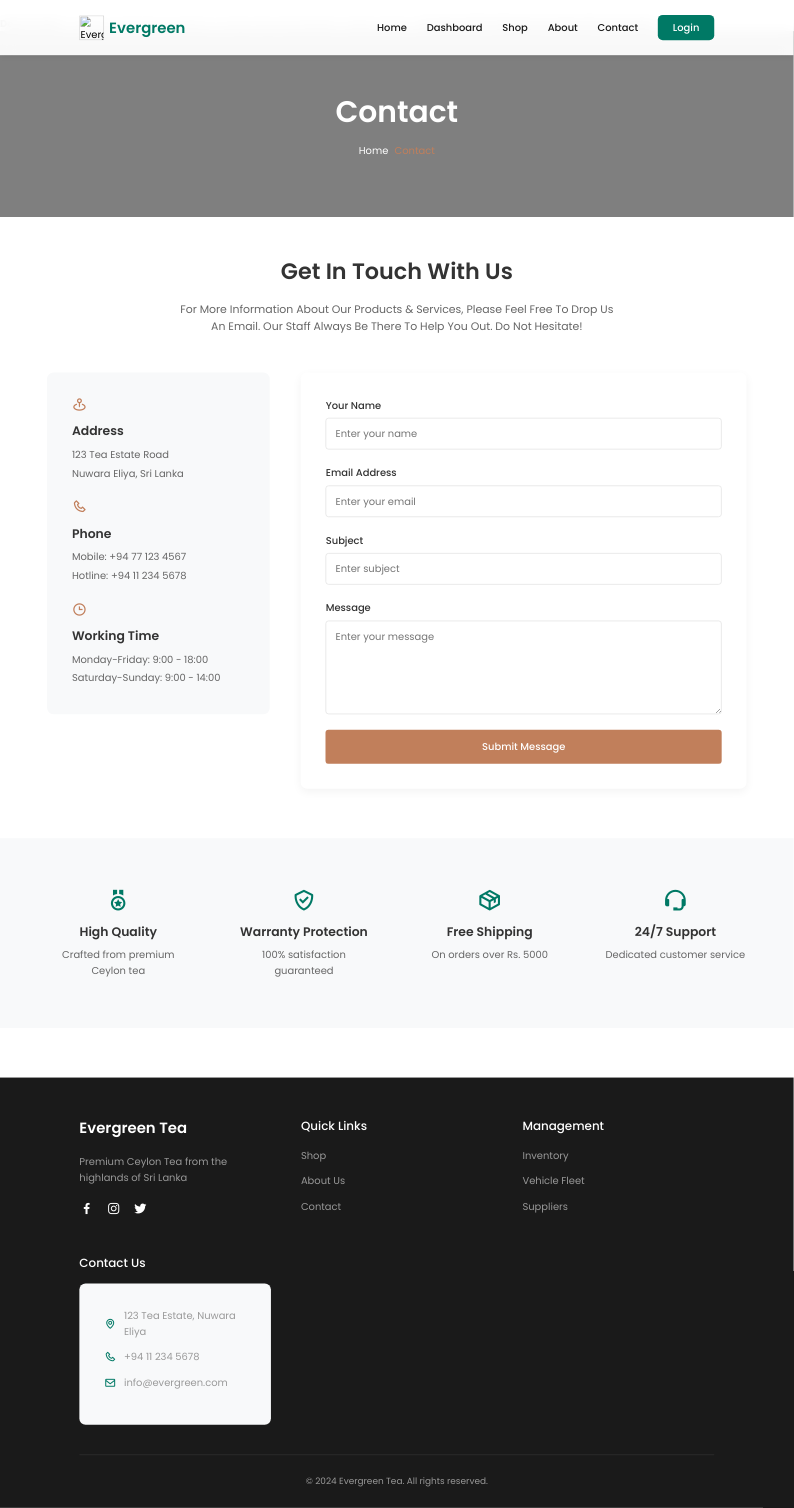
Repository: EverGreen-Group/Evergreen_Project
Page: http://localhost/Evergreen_Project/contact
The author's editor kept a copy of each file at every save. The page is drawn from the files as they stood at one save, then again after the next save.
The browser window is 1280 px wide. The pictures show the whole page, at 62% of full size.
The page is run by PHP 8.4 with error messages shown; the project is at /var/www/html/.

Above is the page before, as saved 2024-11-27 10:37:56.

### public/index.php
<?php
// Enable error reporting
ini_set('display_errors', 1);
ini_set('display_startup_errors', 1);
error_reporting(E_ALL);

// session test
//session_start(); I added one in bootloader.php

// Load the bootloader and core application files
require_once '../app/bootloader.php';

// Initialize the Core class
$init = new Core;

### app/bootloader.php
<?php
// Start session
session_start();

//load configurations
require_once 'config/config.php';

//load helpers
require_once 'helpers/url_helper.php';
require_once 'helpers/flash_helper.php';
require_once 'helpers/RoleHelper.php';
require_once 'helpers/PhotoHelper.php';

//load libraries
require_once 'libraries/Core.php';
require_once 'libraries/Controller.php';
require_once 'libraries/Database.php';

### app/config/config.php
<?php

//databasse configarations
// define('DB_HOST', '34.93.234.68');
define('DB_HOST', 'localhost');
define('DB_USER', 'root');
define('DB_PASSWORD', '');
define('DB_NAME','tfms');

// Database configurations
// define('DB_HOST', 'mysql-tfms.alwaysdata.net');
// define('DB_USER', 'tfms');
// define('DB_PASSWORD', 'tfmsgroupproject');
// define('DB_NAME','tfms_tfms');

//APPROOT
define('APPROOT',dirname(dirname(__FILE__)));

//URLROOT
define('URLROOT', 'http://localhost/Evergreen_Project');

//website
define('SITENAME', 'EverGreen');

// Add this with your other constants
define('UPLOADROOT', dirname(dirname(__DIR__)) . '/public/uploads');

// URL for web access
define('UPLOADURL', URLROOT . '/uploads');  // For web URLs

// Server filesystem paths
define('PUBLICPATH', dirname(APPROOT) . '/public');
define('UPLOADPATH', PUBLICPATH . '/uploads');  // For file operations

// Add this with your other configurations
date_default_timezone_set('Asia/Colombo');

// Add Stripe configuration
define('STRIPE_PUBLIC_KEY', 'pk_test_51PtvxYB06Hyjgz1TVSQNz1EwGC9MKH9UypKICcwp7zhqMO1Bw0Rtn8MMWUvtVCQcGzvjhwa4oM8biZRinioTwbtI00hKWmT0Ai');
define('STRIPE_SECRET_KEY', 'sk_test_51PtvxYB06Hyjgz1TLkJ3b97f9jQ3iGjhmNqR1YJNR8GSCBFT2BNozxAtr1chzAUnlO7Mrxbp1z9epTulM1eM1twg00wqE6Nhdu');

?>

### app/helpers/url_helper.php
<?php
// Helper functions for URL manipulation

// Redirect to a specific page
function redirect($page) {
    header('Location: ' . URLROOT . '/' . $page);
    exit();
}

function storePreviousUrl() {
    if (!isset($_SESSION['previous_url'])) {
        $_SESSION['previous_url'] = $_SERVER['REQUEST_URI'];
    }
}

function getPreviousUrl() {
    $previous = $_SESSION['previous_url'] ?? URLROOT;
    unset($_SESSION['previous_url']); // Clear it after use
    return $previous;
}

### app/helpers/flash_helper.php
<?php

function flash($name = '') {
    if (isset($_SESSION['flash_messages'][$name])) {
        $flash = $_SESSION['flash_messages'][$name];
        echo '<div class="' . $flash['class'] . '" id="msg-flash">' . $flash['message'] . '</div>';
        unset($_SESSION['flash_messages'][$name]);
    }
}

?>

### app/libraries/Controller.php
<?php
class Controller {

    // Method to load and instantiate a model
    public function model($model) {
        require_once '../app/models/' . $model . '.php';

        // Instantiate the model and return it
        return new $model();
    }

    // Method to load and render a view
    public function view($view, $data = []) {
        if (file_exists('../app/views/' . $view . '.php')) {
            // Make data array elements available as variables in the view
            extract($data);

            // Include the view file
            require_once '../app/views/' . $view . '.php';
        } else {
            die('The view does not exist.');
        }
    }

    protected function isLoggedIn() {
        return isset($_SESSION['user_id']);
    }

    protected function requireLogin() {
        if (!$this->isLoggedIn()) {
            header('Location: ' . URLROOT . '/auth/login');
            exit();
        }
    }

    protected function preventLoginAccess() {
        if ($this->isLoggedIn()) {
            header('Location: ' . URLROOT . '/');
            exit();
        }
    }
}

### app/models/M_Contact.php
<?php
class M_Contact {
    private $db;

    public function __construct() {
        $this->db = new Database;
    }

    // Save contact message to database
    public function saveMessage($data) {
        // Prepare query
        $this->db->query('INSERT INTO contact_messages (name, email, subject, message) VALUES (:name, :email, :subject, :message)');

        // Bind values
        $this->db->bind(':name', $data['name']);
        $this->db->bind(':email', $data['email']);
        $this->db->bind(':subject', $data['subject']);
        $this->db->bind(':message', $data['message']);

        // Execute
        if ($this->db->execute()) {
            return true;
        } else {
            return false;
        }
    }

    // Get all messages (for admin)
    public function getAllMessages() {
        $this->db->query('SELECT * FROM contact_messages ORDER BY created_at DESC');
        return $this->db->resultSet();
    }

    // Get single message by ID (for admin)
    public function getMessageById($id) {
        $this->db->query('SELECT * FROM contact_messages WHERE id = :id');
        $this->db->bind(':id', $id);
        return $this->db->single();
    }

    // Mark message as read (for admin)
    public function markAsRead($id) {
        $this->db->query('UPDATE contact_messages SET is_read = 1 WHERE id = :id');
        $this->db->bind(':id', $id);
        return $this->db->execute();
    }
}

### public/css/landing.css
/* Base Styles */
:root {
    --main: #007965;
    --light: #ffffff;
    --dark: #1a1a1a;
    --grey: #f5f5f5;
    --dark-grey: #666666;
}

* {
    margin: 0;
    padding: 0;
    box-sizing: border-box;
    font-family: 'Poppins', sans-serif;
}

/* Landing Header/Navigation Styles */
.landing-nav {
    position: fixed;
    top: 0;
    left: 0;
    right: 0;
    padding: 1.5rem 10%;
    display: flex;
    justify-content: space-between;
    align-items: center;
    background: rgba(255, 255, 255, 0.95);
    backdrop-filter: blur(10px);
    z-index: 1000;
    box-shadow: 0 2px 10px rgba(0, 0, 0, 0.1);
}

.landing-nav .logo {
    display: flex;
    align-items: center;
    gap: 0.5rem;
}

.landing-nav .logo img {
    height: 40px;
}

.landing-nav .logo span {
    font-size: 1.5rem;
    font-weight: 600;
    color: var(--dark);
}

.nav-links {
    display: flex;
    gap: 2rem;
    align-items: center;
}

.nav-links a {
    text-decoration: none;
    color: var(--dark);
    font-weight: 500;
    transition: color 0.3s ease;
}

.nav-links a:hover {
    color: var(--main);
}

.nav-links .btn-login {
    padding: 0.5rem 1.5rem;
    background: var(--main);
    color: var(--light);
    border-radius: 8px;
    transition: background 0.3s ease;
}

.nav-links .btn-login:hover {
    background: #006254;
    color: var(--light);
}

/* Hero Section */
.hero {
    height: 100vh;
    background: linear-gradient(rgba(0,0,0,0.5), rgba(0,0,0,0.5)),
                url('../img/hero-bg.jpg');
    background-size: cover;
    background-position: center;
    display: flex;
    align-items: center;
    padding: 0 10%;
    color: var(--light);
}

.hero-content {
    max-width: 600px;
}

.hero-content h1 {
    font-size: 3.5rem;
    margin-bottom: 1.5rem;
}

.btn-shop-now {
    margin-top: 1rem;
    display: inline-block;
    padding: 1rem 2rem;
    background: var(--main);
    color: var(--light);
    border-radius: 8px;
    font-weight: 500;
    transition: all 0.3s ease;
}

/* Section Header Styles */
.section-header {
    text-align: center;
    margin-bottom: 3rem;
}

.section-header h2 {
    font-size: 2.5rem;
    color: var(--dark);
    margin-bottom: 1rem;
    font-weight: 600;
}

.section-header p {
    color: var(--dark-grey);
    font-size: 1.1rem;
}

/* Categories Section */
.categories {
    padding: 6rem 10%;
    background: var(--light);
}

.category-grid {
    display: grid;
    grid-template-columns: repeat(auto-fit, minmax(300px, 1fr));
    gap: 2rem;
}

.category-card {
    position: relative;
    border-radius: 15px;
    overflow: hidden;
    box-shadow: 0 4px 15px rgba(0, 0, 0, 0.1);
    text-decoration: none;
    transition: all 0.3s ease;
}

.category-card:hover {
    transform: translateY(-5px);
}

.category-image {
    height: 300px;
    overflow: hidden;
}

.category-image img {
    width: 100%;
    height: 100%;
    object-fit: cover;
    transition: transform 0.3s ease;
}

.category-card:hover .category-image img {
    transform: scale(1.1);
}

.category-content {
    position: absolute;
    bottom: 0;
    left: 0;
    right: 0;
    padding: 1.5rem;
    background: linear-gradient(transparent, rgba(0, 0, 0, 0.8));
    color: var(--light);
}

.category-content h3 {
    font-size: 1.5rem;
    margin-bottom: 0.5rem;
    font-weight: 600;
}

.category-content p {
    font-size: 0.9rem;
    opacity: 0.9;
    margin-bottom: 1rem;
}

.explore-link {
    display: flex;
    align-items: center;
    gap: 0.5rem;
    font-weight: 500;
    opacity: 0;
    transform: translateX(-20px);
    transition: all 0.3s ease;
}

.category-card:hover .explore-link {
    opacity: 1;
    transform: translateX(0);
}

/* Featured Products Section */
.featured-products {
    padding: 6rem 10%;
    background: var(--grey);
}

.product-grid {
    display: grid;
    grid-template-columns: repeat(auto-fit, minmax(250px, 1fr));
    gap: 2rem;
    margin-bottom: 3rem;
}

.product-card {
    background: var(--light);
    border-radius: 15px;
    overflow: hidden;
    box-shadow: 0 4px 15px rgba(0, 0, 0, 0.1);
    transition: all 0.3s ease;
}

.product-card:hover {
    transform: translateY(-5px);
}

.product-image {
    position: relative;
    height: 250px;
    overflow: hidden;
}

.product-image img {
    width: 100%;
    height: 100%;
    object-fit: cover;
}

.product-overlay {
    position: absolute;
    top: 0;
    left: 0;
    right: 0;
    bottom: 0;
    background: rgba(0, 0, 0, 0.5);
    display: flex;
    align-items: center;
    justify-content: center;
    opacity: 0;
    transition: opacity 0.3s ease;
}

.product-card:hover .product-overlay {
    opacity: 1;
}

.btn-view {
    padding: 0.8rem 1.5rem;
    background: var(--main);
    color: var(--light);
    border-radius: 25px;
    text-decoration: none;
    transform: translateY(20px);
    transition: all 0.3s ease;
}

.product-card:hover .btn-view {
    transform: translateY(0);
}

.product-content {
    padding: 1.5rem;
}

.product-content h3 {
    font-size: 1.1rem;
    color: var(--dark);
    margin-bottom: 0.5rem;
    font-weight: 500;
}

.product-weight {
    color: var(--dark-grey);
    font-size: 0.9rem;
    margin-bottom: 0.5rem;
}

.product-price {
    color: var(--main);
    font-weight: 600;
    font-size: 1.2rem;
}

.section-footer {
    text-align: center;
}

.btn-view-more {
    display: inline-flex;
    align-items: center;
    gap: 0.5rem;
    padding: 1rem 2rem;
    background: var(--main);
    color: var(--light);
    text-decoration: none;
    border-radius: 30px;
    font-weight: 500;
    transition: all 0.3s ease;
}

.btn-view-more:hover {
    background: #006254;
    transform: translateX(5px);
}

/* Management Section */
.management-section {
    padding: 5rem 10%;
    background: var(--grey);
}

.management-grid {
    display: grid;
    grid-template-columns: repeat(auto-fit, minmax(250px, 1fr));
    gap: 2rem;
    margin-top: 2rem;
}

.management-card {
    background: var(--light);
    padding: 2rem;
    border-radius: 15px;
    text-align: center;
    transition: all 0.3s ease;
    text-decoration: none;
    color: var(--dark);
}

.management-card:hover {
    transform: translateY(-5px);
    box-shadow: 0 5px 15px rgba(0,0,0,0.1);
}

.management-card i {
    font-size: 2.5rem;
    color: var(--main);
    margin-bottom: 1rem;
}

/* Factory Story/Heritage Section */
.factory-story {
    position: relative;
    padding: 6rem 10%;
    background: linear-gradient(rgba(0, 0, 0, 0.7), rgba(0, 0, 0, 0.7)),
                url('../img/tea-plantation.jpg');
    background-size: cover;
    background-position: center;
    background-attachment: fixed;
    color: var(--light);
    text-align: center;
}

.story-content {
    max-width: 800px;
    margin: 0 auto;
    padding: 3rem;
    background: rgba(0, 0, 0, 0.5);
    border-radius: 15px;
    backdrop-filter: blur(10px);
    border: 1px solid rgba(255, 255, 255, 0.1);
}

.story-content h2 {
    font-size: 2.5rem;
    margin-bottom: 1.5rem;
    color: var(--light);
    font-weight: 600;
    position: relative;
    padding-bottom: 1rem;
}

.story-content h2::after {
    content: '';
    position: absolute;
    bottom: 0;
    left: 50%;
    transform: translateX(-50%);
    width: 80px;
    height: 3px;
    background: var(--main);
}

.story-content p {
    font-size: 1.1rem;
    line-height: 1.8;
    margin-bottom: 2rem;
    color: #f1f1f1;
}

.btn-learn-more {
    display: inline-block;
    padding: 1rem 2.5rem;
    background: transparent;
    color: var(--light);
    border: 2px solid var(--light);
    border-radius: 30px;
    font-weight: 500;
    text-decoration: none;
    transition: all 0.3s ease;
    position: relative;
    overflow: hidden;
    z-index: 1;
}

.btn-learn-more::before {
    content: '';
    position: absolute;
    top: 0;
    left: 0;
    width: 0;
    height: 100%;
    background: var(--main);
    transition: all 0.3s ease;
    z-index: -1;
}

.btn-learn-more:hover::before {
    width: 100%;
}

.btn-learn-more:hover {
    border-color: var(--main);
    transform: translateY(-3px);
}

/* Add some decorative elements */
.tea-leaf-decoration {
    position: absolute;
    width: 150px;
    opacity: 0.1;
}

.tea-leaf-left {
    left: 5%;
    top: 20%;
    transform: rotate(-30deg);
}

.tea-leaf-right {
    right: 5%;
    bottom: 20%;
    transform: rotate(30deg);
}

/* Landing Footer Styles */
.landing-footer {
    background: var(--dark);
    color: var(--light);
    padding: 4rem 10% 2rem;
}

.footer-content {
    display: grid;
    grid-template-columns: repeat(auto-fit, minmax(250px, 1fr));
    gap: 3rem;
    margin-bottom: 3rem;
}

.footer-section h3 {
    font-size: 1.5rem;
    font-weight: 600;
    margin-bottom: 1.5rem;
    color: var(--light);
}

.footer-section h4 {
    font-size: 1.2rem;
    font-weight: 500;
    margin-bottom: 1.2rem;
    color: var(--light);
}

.footer-section p {
    color: #999;
    line-height: 1.6;
    margin-bottom: 1.5rem;
}

.social-links {
    display: flex;
    gap: 1.2rem;
}

.social-links a {
    color: var(--light);
    font-size: 1.5rem;
    transition: all 0.3s ease;
}

.social-links a:hover {
    color: var(--main);
    transform: translateY(-3px);
}

.footer-section ul {
    list-style: none;
}

.footer-section ul li {
    margin-bottom: 1rem;
}

.footer-section ul li a {
    color: #999;
    text-decoration: none;
    transition: all 0.3s ease;
    display: inline-block;
}

.footer-section ul li a:hover {
    color: var(--main);
    transform: translateX(5px);
}

.contact-info li {
    display: flex;
    align-items: center;
    gap: 0.8rem;
    color: #999;
    margin-bottom: 1rem;
}

.contact-info li i {
    color: var(--main);
    font-size: 1.2rem;
}

.footer-bottom {
    padding-top: 2rem;
    border-top: 1px solid #333;
    text-align: center;
    color: #999;
    font-size: 0.9rem;
}

/* Mobile Menu Button */
.mobile-menu-btn {
    display: none;
    font-size: 1.5rem;
    cursor: pointer;
    color: var(--dark);
}

/* Responsive Design */
@media screen and (max-width: 768px) {
    .hero-content h1 {
        font-size: 2.5rem;
    }

    .category-grid,
    .management-grid {
        grid-template-columns: 1fr;
    }

    .landing-nav {
        padding: 1rem 5%;
    }

    .mobile-menu-btn {
        display: block;
    }

    .nav-links {
        position: fixed;
        top: 70px;
        left: -100%;
        right: 0;
        bottom: 0;
        background: var(--light);
        flex-direction: column;
        padding: 2rem;
        transition: left 0.3s ease;
        width: 100%;
    }

    .nav-links.active {
        left: 0;
    }

    .footer-content {
        grid-template-columns: 1fr;
        gap: 2rem;
        text-align: center;
    }

    .social-links {
        justify-content: center;
    }

    .contact-info li {
        justify-content: center;
    }

    .footer-section ul li a:hover {
        transform: none;
    }

    .factory-story {
        padding: 4rem 5%;
    }

    .story-content {
        padding: 2rem 1.5rem;
    }

    .story-content h2 {
        font-size: 2rem;
    }

    .story-content p {
        font-size: 1rem;
        line-height: 1.6;
    }

    .tea-leaf-decoration {
        width: 100px;
    }

    .categories,
    .featured-products {
        padding: 4rem 5%;
    }

    .category-grid {
        grid-template-columns: 1fr;
    }

    .product-grid {
        grid-template-columns: repeat(auto-fit, minmax(200px, 1fr));
    }
}

/* Animation Classes */
.fade-in {
    animation: fadeIn 0.5s ease forwards;
}

@keyframes fadeIn {
    from {
        opacity: 0;
        transform: translateY(20px);
    }
    to {
        opacity: 1;
        transform: translateY(0);
    }
}

/* Utility Classes */
.text-main {
    color: var(--main);
}

.bg-main {
    background: var(--main);
}

.container {
    width: 100%;
    max-width: 1200px;
    margin: 0 auto;
    padding: 0 1rem;
}

/* Animation for the section */
.story-content {
    opacity: 0;
    transform: translateY(30px);
    animation: fadeInUp 1s ease forwards;
}

@keyframes fadeInUp {
    to {
        opacity: 1;
        transform: translateY(0);
    }
}

/* Contact Page Styles */
.contact-page {
    padding-bottom: 80px;
    background-color: #fff;
}

.page-header {
    position: relative;
    height: 300px;
    background-size: cover;
    background-position: center;
    display: flex;
    align-items: center;
    justify-content: center;
    color: #fff;
    text-align: center;
    margin-bottom: 60px;
}

.page-header::before {
    content: '';
    position: absolute;
    top: 0;
    left: 0;
    right: 0;
    bottom: 0;
    background: rgba(0, 0, 0, 0.5);
}

.header-content {
    position: relative;
    z-index: 1;
}

.header-content h1 {
    font-size: 48px;
    margin-bottom: 15px;
    font-weight: 600;
}

.breadcrumb {
    display: flex;
    justify-content: center;
    gap: 10px;
    font-size: 16px;
}

.breadcrumb a {
    color: #fff;
    text-decoration: none;
    transition: color 0.3s ease;
}

.breadcrumb a:hover {
    color: #C17F5B;
}

.breadcrumb span {
    color: #C17F5B;
}

.contact-section {
    padding: 0 20px;
    max-width: 1200px;
    margin: 0 auto;
}

.section-header {
    text-align: center;
    max-width: 700px;
    margin: 0 auto 60px;
}

.section-header h2 {
    font-size: 36px;
    color: #333;
    margin-bottom: 20px;
    font-weight: 600;
}

.section-header p {
    color: #666;
    line-height: 1.6;
}

.contact-wrapper {
    display: grid;
    grid-template-columns: 1fr 2fr;
    gap: 50px;
    margin-bottom: 80px;
}

.contact-info {
    background: #f8f9fa;
    padding: 40px;
    border-radius: 10px;
    height: fit-content;
}

.info-item {
    margin-bottom: 30px;
}

.info-item:last-child {
    margin-bottom: 0;
}

.info-item i {
    font-size: 24px;
    color: #C17F5B;
    margin-bottom: 15px;
}

.info-item h3 {
    margin-bottom: 10px;
    font-size: 20px;
    color: #333;
    font-weight: 600;
}

.info-item p {
    color: #666;
    line-height: 1.6;
    margin: 5px 0;
}

.contact-form {
    background: #fff;
    padding: 40px;
    border-radius: 10px;
    box-shadow: 0 5px 15px rgba(0, 0, 0, 0.05);
}

.form-group {
    margin-bottom: 25px;
}

.form-group label {
    display: block;
    margin-bottom: 8px;
    font-weight: 500;
    color: #333;
}

.form-group input,
.form-group textarea {
    width: 100%;
    padding: 12px 15px;
    border: 1px solid #ddd;
    border-radius: 5px;
    font-size: 16px;
    transition: border-color 0.3s ease;
}

.form-group input:focus,
.form-group textarea:focus {
    border-color: var(--main);
    outline: none;
}

.form-group textarea {
    resize: vertical;
    min-height: 120px;
}

.invalid-feedback {
    color: #dc3545;
    font-size: 14px;
    margin-top: 5px;
    display: block;
}

.btn-submit {
    background: #C17F5B;
    color: #fff;
    padding: 15px 30px;
    border: none;
    border-radius: 5px;
    font-size: 16px;
    cursor: pointer;
    transition: background 0.3s ease;
    width: 100%;
    font-weight: 500;
}

.btn-submit:hover {
    background: var(--main);
}

.features-section {
    background: #f8f9fa;
    padding: 60px 20px;
}

.features-grid {
    display: grid;
    grid-template-columns: repeat(4, 1fr);
    gap: 30px;
    max-width: 1200px;
    margin: 0 auto;
}

.feature-item {
    text-align: center;
    padding: 20px;
}

.feature-item i {
    font-size: 40px;
    color: var(--main);
    margin-bottom: 15px;
}

.feature-item h3 {
    font-size: 20px;
    color: #333;
    margin-bottom: 10px;
    font-weight: 600;
}

.feature-item p {
    color: #666;
    line-height: 1.6;
}

/* Flash Messages */
.alert {
    padding: 15px;
    margin-bottom: 20px;
    border-radius: 5px;
    text-align: center;
}

.alert-success {
    background-color: #d4edda;
    color: #155724;
    border: 1px solid #c3e6cb;
}

.alert-danger {
    background-color: #f8d7da;
    color: #721c24;
    border: 1px solid #f5c6cb;
}

/* Responsive Design */
@media (max-width: 992px) {
    .contact-wrapper {
        grid-template-columns: 1fr;
    }

    .features-grid {
        grid-template-columns: repeat(2, 1fr);
    }
}

@media (max-width: 768px) {
    .page-header {
        height: 200px;
    }

    .header-content h1 {
        font-size: 36px;
    }

    .section-header h2 {
        font-size: 28px;
    }

    .contact-info,
    .contact-form {
        padding: 30px;
    }

    .features-grid {
        grid-template-columns: 1fr;
        gap: 20px;
    }
}

@media (max-width: 480px) {
    .header-content h1 {
        font-size: 28px;
    }

    .contact-info,
    .contact-form {
        padding: 20px;
    }
}

Loaded but not shown: app/libraries/Database.php (198 lines, source omitted); app/views/contact/index.php (111 lines, source omitted); app/helpers/RoleHelper.php (117 lines, source omitted); app/views/pages/404.php (116 lines, source omitted); app/libraries/Core.php (77 lines, source omitted); app/helpers/PhotoHelper.php (65 lines, source omitted); app/controllers/Contact.php (64 lines, source omitted); app/views/inc/landing_header.php (40 lines, source omitted); app/views/inc/landing_footer.php (47 lines, source omitted)

After the next save:
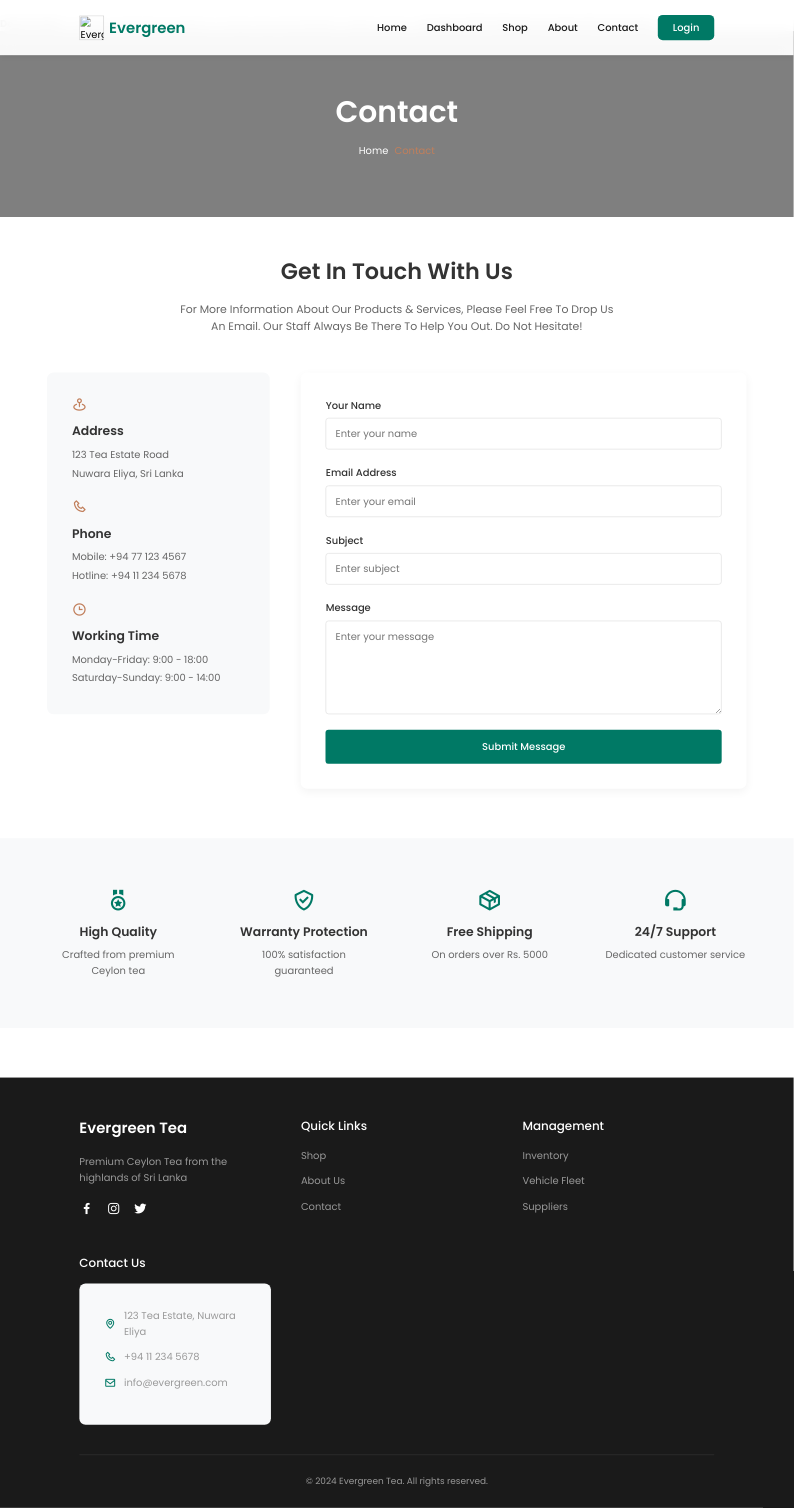
Saved 33 s later.
--- a/public/css/landing.css
+++ b/public/css/landing.css
@@ -865,7 +865,7 @@
 }
 
 .btn-submit {
-    background: #C17F5B;
+    background: var(--main);
     color: #fff;
     padding: 15px 30px;
     border: none;
